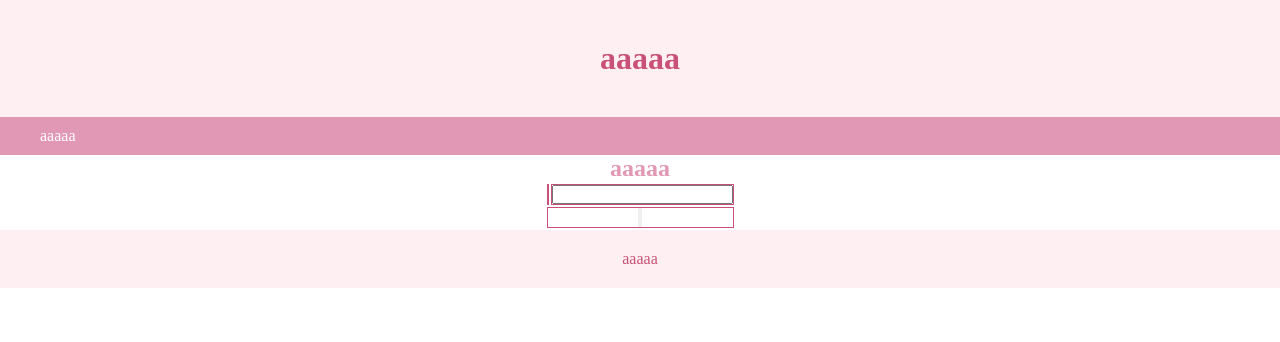
Repository: SeolhwaPark/JSL40_HRDKOREA
Page: http://localhost/HRD_0429/
The author's editor kept a copy of each file at every save. The page is drawn from the files as they stood at one save, then again after the next save.
The browser window is 1280 px wide. The pictures show the whole page.
The page is served by Tomcat 9.

Above is the page before, as saved 2020-04-29 04:18:58.

After the next save:
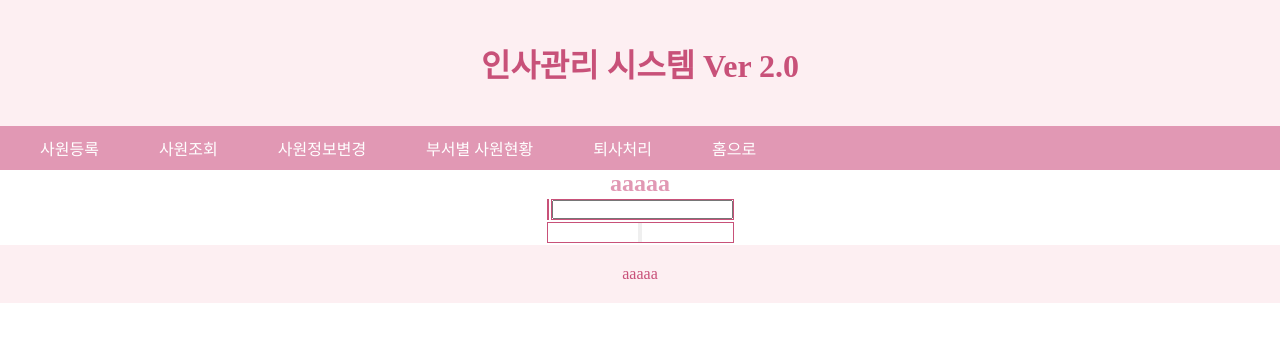
Saved 95 s later.
--- a/HRD_0429/WebContent/index.jsp
+++ b/HRD_0429/WebContent/index.jsp
@@ -4,7 +4,7 @@
 <html>
 <head>
 <meta charset="UTF-8">
-<title>Insert title here</title>
+<title>인사관리 시스템 Ver 2.0</title>
 <style type="text/css">
 *{padding:0;margin:0}
 .logo{padding:40px 0; text-align:center; color:#c85179; background-color:#fdeff2}
@@ -31,13 +31,15 @@ a{padding:20px; text-decoration:none; color:#fff}
 
 <div class="header">
 <header>
-	<h1 class="logo">aaaaa</h1>
+	<h1 class="logo">인사관리 시스템 Ver 2.0</h1>
 	<nav class="navi">
 		<ul>
-			<li><a href="">aaaaa</a></li>
-			<li><a href=""></a></li>
-			<li><a href=""></a></li>
-			<li><a href=""></a></li>
+			<li><a href="">사원등록</a></li>
+			<li><a href="">사원조회</a></li>
+			<li><a href="">사원정보변경</a></li>
+			<li><a href="">부서별 사원현황</a></li>
+			<li><a href="">퇴사처리</a></li>
+			<li><a href="">홈으로</a></li>
 		</ul>
 	</nav>
 </header>
